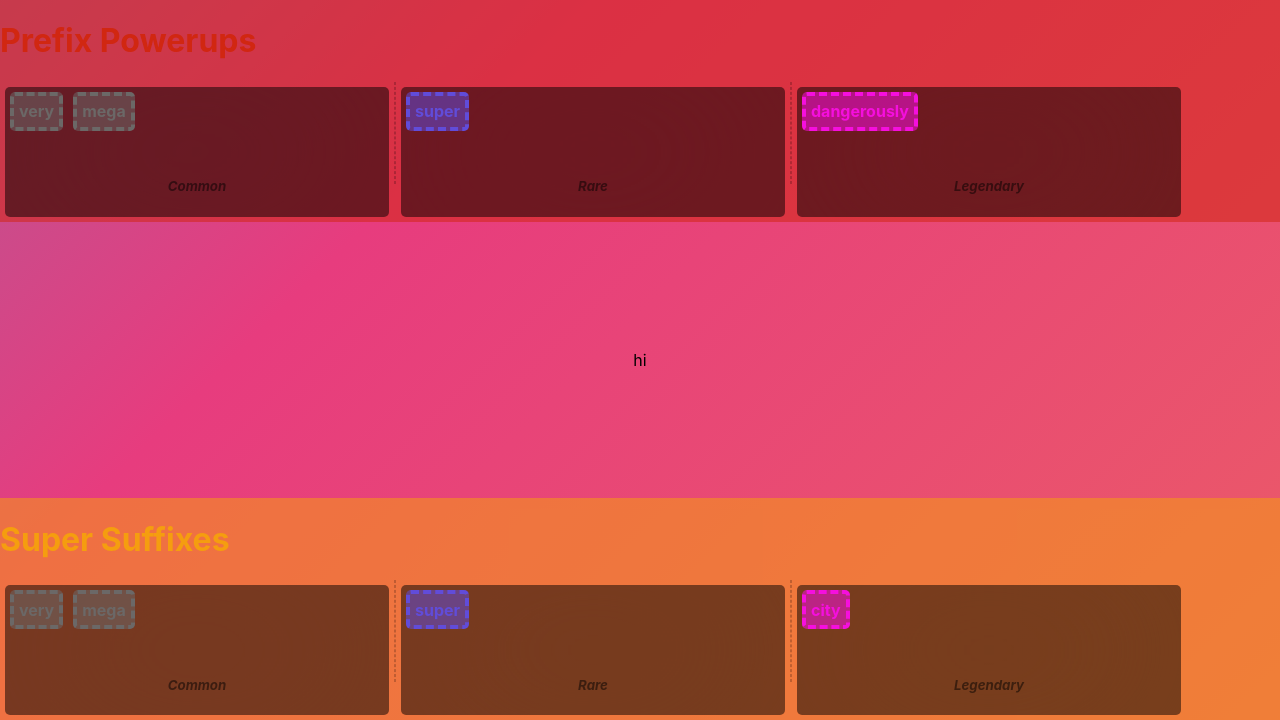
Repository: bsalgado98/buns-inator
Page: /
The author's editor kept a copy of each file at every save. The page is drawn from the files as they stood at one save, then again after the next save.
The browser window is 1280 px wide. The pictures show the whole page.
The project was rebuilt for these pictures with package versions that can differ from the ones it lists, and the page was loaded fresh each time.

Above is the page before, as saved 2022-04-25 23:21:43.

### src/index.css
body {
    margin: 0;
    padding: 0;
    font-family: -apple-system, BlinkMacSystemFont, 'Segoe UI', 'Roboto', 'Oxygen',
        'Ubuntu', 'Cantarell', 'Fira Sans', 'Droid Sans', 'Helvetica Neue',
        sans-serif;
    -webkit-font-smoothing: antialiased;
    -moz-osx-font-smoothing: grayscale;
    height: 100vh;
    background-attachment: fixed;
}

code {
    font-family: source-code-pro, Menlo, Monaco, Consolas, 'Courier New', monospace;
}

### src/App.js
import './App.css';
import WordBank from './components/WordBank/WordBank'
import { RARITY, PART_OF_SENTENCE, COLOR } from './utility/constants'

function App() {
    const wordList = {
        prefixPowerups: [
            {
                sectionTitle: RARITY.COMMON,
                words: ['very', 'mega'],
                color: COLOR.COMMON,
                partOfSentence: PART_OF_SENTENCE.PREFIX
            },
            {
                sectionTitle: RARITY.RARE,
                words: ['super'],
                color: COLOR.RARE,
                partOfSentence: PART_OF_SENTENCE.PREFIX
            },
            {
                sectionTitle: RARITY.LEGENDARY,
                words: ['dangerously'],
                color: COLOR.LEGENDARY,
                partOfSentence: PART_OF_SENTENCE.PREFIX
            }
        ],
        superSuffixes: [
            {
                sectionTitle: RARITY.COMMON,
                words: ['very', 'mega'],
                color: COLOR.COMMON,
                partOfSentence: PART_OF_SENTENCE.SUFFIX
            },
            {
                sectionTitle: RARITY.RARE,
                words: ['super'],
                color: COLOR.RARE,
                partOfSentence: PART_OF_SENTENCE.SUFFIX
            },
            {
                sectionTitle: RARITY.LEGENDARY,
                words: ['city'],
                color: COLOR.LEGENDARY,
                partOfSentence: PART_OF_SENTENCE.SUFFIX
            }
        ]
    }

    return (
        <div className="App">
            <div className="word-bank">
                <WordBank bankTitle='Prefix Powerups' color={COLOR.PREFIX_POWERUPS} wordCollection={wordList.prefixPowerups} />
            </div>
            <div className="subject-card-container">
                hi
            </div>
            <div className="word-bank">
                <WordBank bankTitle='Super Suffixes' color={COLOR.SUPER_SUFFIXES} wordCollection={wordList.superSuffixes} />
            </div>
        </div>
    );
}

export default App;

### src/App.css
.App {
    text-align: center;
    height: 100vh;
    display: flex;
    flex-direction: column;
    background: linear-gradient(-45deg, #ee7752, #e73c7e, #23a6d5, #23d5ab);
	background-size: 400% 400%;
	animation: gradient 15s ease infinite;
    background-attachment: fixed;
}

.word-bank {
}

.subject-card-container {
    flex-grow: 3;
    display: flex;
    align-items: center;
    justify-content: center;
}

@keyframes gradient {
	0% {
		background-position: 0% 50%;
	}
	50% {
		background-position: 100% 50%;
	}
	100% {
		background-position: 0% 50%;
	}
}

### src/components/WordBank/WordBank.js
import createWordSection from "../../utility/wordSection"

const WordBank = ({ bankTitle = "N/A", color = "#000000", wordCollection = [] }) => {
    const styles = {
        container: {
            style: {
                backgroundColor: `${color}88`,
                display: 'flex',
                flexDirection: 'column'
            }
        },
        title: {
            style: {
                color: color
            },
            container: {
                style: {
                    display: 'flex',
                    width: '100%'
                }
            }
        },
        collectionArea: {
            style: {
                display: 'flex'
            },
            section: {
                style: {
                    display: 'flex',
                    flexDirection: 'column',
                    width: '30%',
                    backgroundColor: 'rgba(0, 0, 0, 0.5)',
                    backdropFilter: 'blur(100px)',
                    margin: '5px',
                    borderRadius: '5px'
                },
                wordArea: {
                    style: {
                        display: 'flex'
                    }
                },
                title: {
                    style: {
                        opacity: '0.5',
                        fontStyle: 'italic'
                    }
                }
            }
        },
        divider: {
            style: {
                height: '100px',
                width: '0px',
                border: '1px dashed black',
                opacity: '0.2'
            }
        }
    }
    return (
        <div style={styles.container.style}>
            <div style={styles.title.container.style}>
                <h1 style={styles.title.style}>{bankTitle}</h1>
            </div>
            <div style={styles.collectionArea.style}>
                {wordCollection.map((section, i) => {
                    return (
                        <>
                            {i !== 0 ? <span style={styles.divider.style}></span> : null}
                            <div key={`section-${i}`} style={styles.collectionArea.section.style} className="section">
                                <div style={styles.collectionArea.section.wordArea.style}>
                                    {createWordSection(section.words, section.color, section.partOfSentence)}
                                </div>
                                <h5 style={styles.collectionArea.section.title.style}>{section.sectionTitle}</h5>
                            </div>
                        </>
                    )
                })}
            </div>
        </div>
    )
}

export default WordBank

### src/utility/constants.js
export const RARITY = {
    COMMON: 'Common',
    RARE: 'Rare',
    LEGENDARY: 'Legendary'
}

export const PART_OF_SENTENCE = {
    PREFIX: 'prefix',
    SUFFIX: 'suffix'
}

export const COLOR = {
    COMMON: "#6b6867",
    RARE: "#614cd9",
    LEGENDARY: "#f50fde",
    PREFIX_POWERUPS: "#d12711",
    SUPER_SUFFIXES: "#f59d0f"
}

### src/utility/wordSection.js
import WordCard from "../components/WordCard/WordCard";

function createWordSection(words, wordColor, partOfSentence) {
    return words.map((word, i) => <WordCard key={`word-${i}`} text={word} color={wordColor} />)
}

export default createWordSection

### src/components/WordCard/WordCard.js
const WordCard = ({ text = "N/A", color = "#000000", partOfSentence }) => {
    const styles = {
        container: {
            style: {
                background: `${color}88`,
                display: 'flex',
                border: `4px dashed ${color}`,
                margin: '5px',
                padding: '5px',
                borderRadius: '5px',
                height: '30%',
                alignItems: 'center'
            }
        },
        text: {
            style: {
                color: color,
                fontSize: '16px'
            }
        }
    }
    return (
        <div style={styles.container.style}>
            <h1 style={styles.text.style}>{text}</h1>
        </div>
    )
}

export default WordCard

Loaded but not shown: public/index.html (common file); src/index.js (common file); src/reportWebVitals.js (common file)

After the next save:
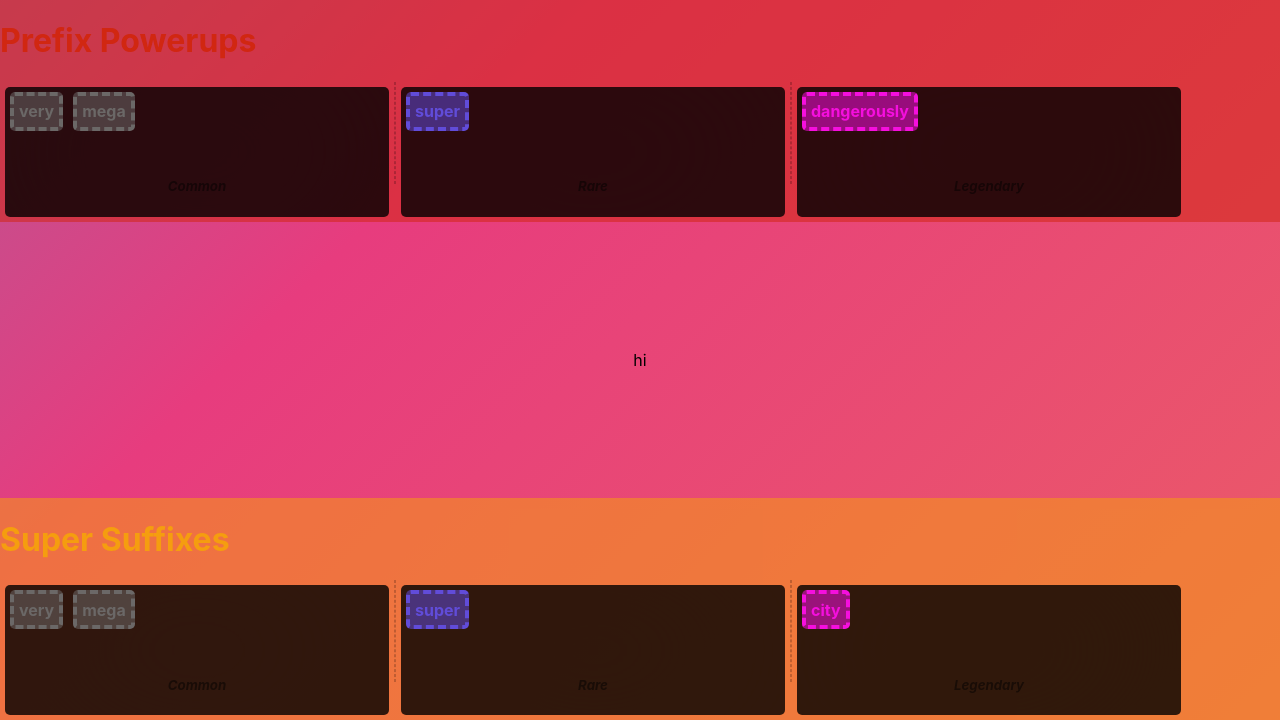
Saved 4 s later.
--- a/src/components/WordBank/WordBank.js
+++ b/src/components/WordBank/WordBank.js
@@ -29,7 +29,7 @@ const WordBank = ({ bankTitle = "N/A", color = "#000000", wordCollection = [] })
                     display: 'flex',
                     flexDirection: 'column',
                     width: '30%',
-                    backgroundColor: 'rgba(0, 0, 0, 0.5)',
+                    backgroundColor: 'rgba(0, 0, 0, 0.8)',
                     backdropFilter: 'blur(100px)',
                     margin: '5px',
                     borderRadius: '5px'
